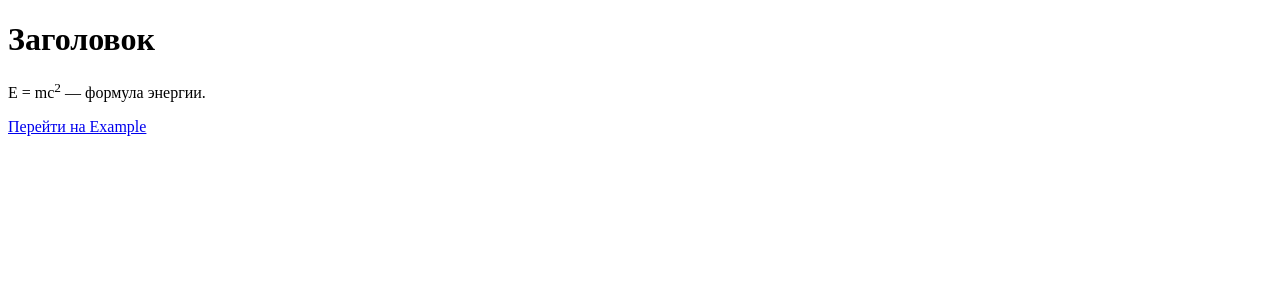
Repository: sannikovcode/exercises-a1
Page: JS/test1/task4/index.html
These files come from the project's save history. The page is drawn as it stood at one moment and after the next save; the edit follows.
The browser window is 1280 px wide. The pictures show the whole page.

Above is the page before, as saved 2025-10-16 16:49:02.

After the next save:
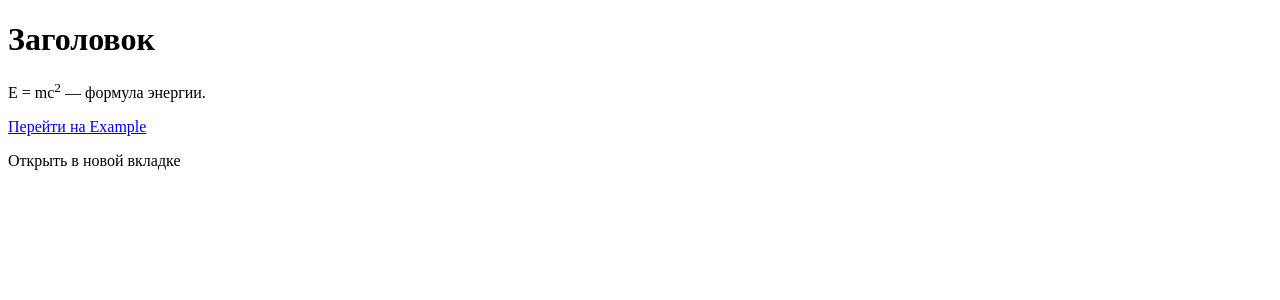
Saved 31 s later.
--- a/JS/test1/task4/index.html
+++ b/JS/test1/task4/index.html
@@ -16,6 +16,8 @@
 
     <p><a href="https://example.com">Перейти на Example</a></p>
 
+    <p><a>Открыть в новой вкладке</a></p>
+
 
 
 
